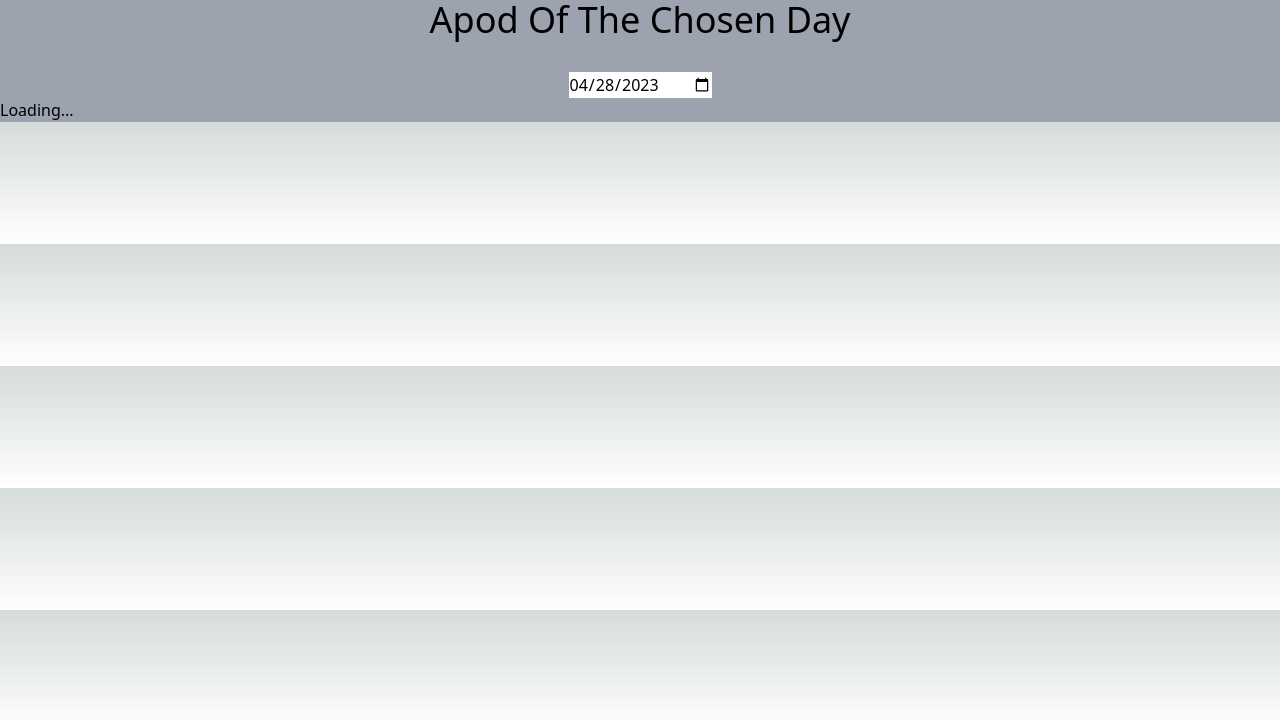
Repository: sercanisli/NasaApod
Page: /
These files come from the project's save history. The page is drawn as it stood at one moment and after the next save; the edit follows.
The browser window is 1280 px wide. The pictures show the whole page.
The page's requests for data from a server got no answer. The project was rebuilt for these pictures with package versions that can differ from the ones it lists, and the page was loaded fresh each time. The framework's server and built-in components were replaced by stand-ins that run in the browser. No one was signed in, and anything a server would have sent is missing. Also part of the build but not shown: next.config.js.

Above is the page before, as saved 2023-05-12 02:13:49.

### pages/index.js
import React, { useState } from 'react';
import DateSelector from '../components/DateSelector';
import Apod from '@/components/Apod';

const HomePage = () => {
  const [selectedDate, setSelectedDate] = useState(new Date().toISOString().substr(0, 10));

  const handleDateSelected = (date) => {
    setSelectedDate(date);
  };

  return (
    <div className="bg-gray-400">
      <DateSelector onDateSelected={handleDateSelected} />
      <Apod date={selectedDate} />
    </div>
  );
};

export default HomePage;

### components/DateSelector.js
import React from 'react';

const DateSelector = ({ onDateChange }) => {
  return (
    <div className="flex justify-center mb-8">
      <button onClick={() => onDateChange(new Date())}>
        <span className="text-4xl ">Apod Of The Chosen Day</span>
      </button>
    </div>
  );
};

export default DateSelector;

### components/Apod.js
import React, { useState, useEffect } from 'react';
import axios from 'axios';

const API_KEY = 'EE0ZIoEOksDZKvkNgEcM1TfRaKWtTACerC0GhuJQ';

function Apod() {
  const [apodData, setApodData] = useState(null);
  const [selectedDate, setSelectedDate] = useState(new Date());

  useEffect(() => {
    const formatDate = date => {
      const year = date.getFullYear();
      const month = (date.getMonth() + 1).toString().padStart(2, '0');
      const day = date.getDate().toString().padStart(2, '0');
      return `${year}-${month}-${day}`;
    }

    const fetchApodData = async () => {
      try {
        const response = await axios.get(`https://api.nasa.gov/planetary/apod?api_key=${API_KEY}&date=${formatDate(selectedDate)}`);
        setApodData(response.data);
      } catch (error) {
        console.error(error);
      }
    };

    fetchApodData();
  }, [selectedDate]);

  const handleDateChange = event => {
    const selectedDate = new Date(event.target.value);
    setSelectedDate(selectedDate);
  };

  return (
    <div>
        <div className="flex justify-center">
            <input type="date" value={selectedDate.toISOString().substr(0, 10)} onChange={handleDateChange} />
        </div>
      {apodData ? (
        <div>
          <h1>{apodData.title}</h1>
          <img src={apodData.url} alt={apodData.title} />
          <p>{apodData.explanation}</p>
        </div>
      ) : (
        <p>Loading...</p>
      )}
    </div>
  );
}

export default Apod;

Loaded but not shown: pages/_app.js (common file); pages/_document.js (common file); styles/globals.css (common file); tailwind.config.js (common file)

After the next save:
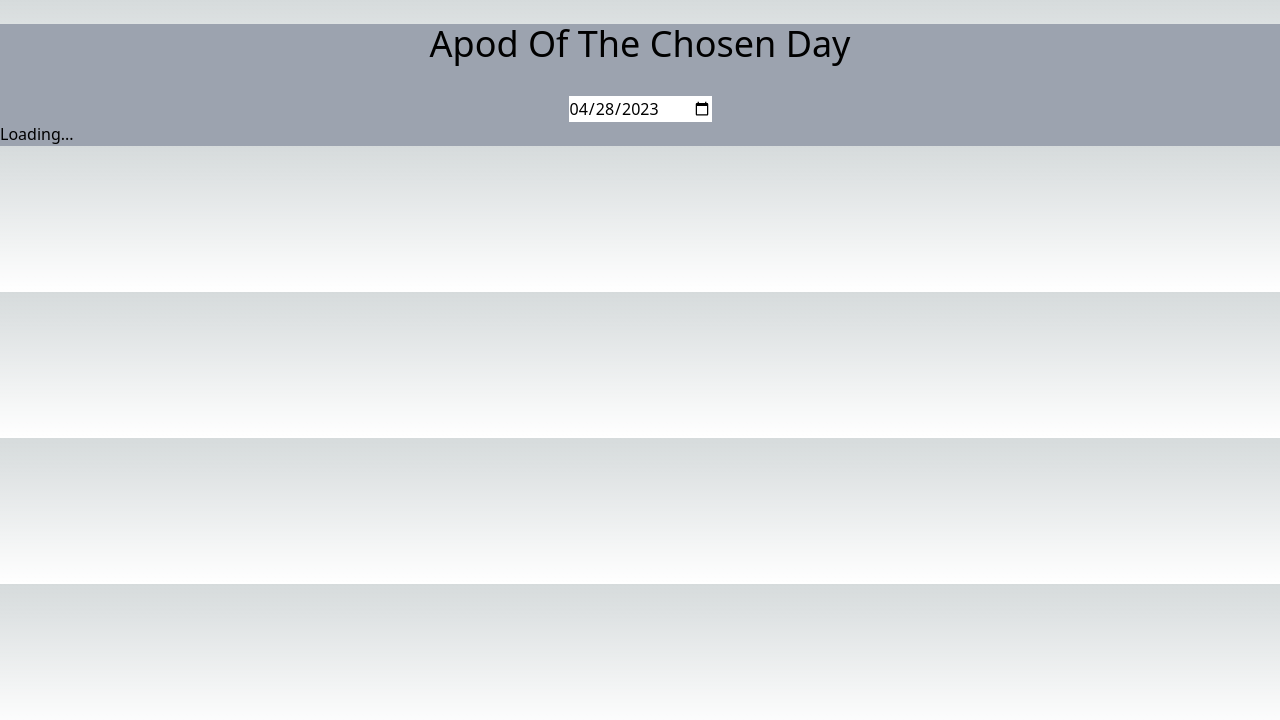
Saved 20 s later.
--- a/components/DateSelector.js
+++ b/components/DateSelector.js
@@ -2,9 +2,9 @@ import React from 'react';
 
 const DateSelector = ({ onDateChange }) => {
   return (
-    <div className="flex justify-center mb-8">
+    <div className="flex justify-center mb-8 mt-6">
       <button onClick={() => onDateChange(new Date())}>
-        <span className="text-4xl ">Apod Of The Chosen Day</span>
+        <span className="text-4xl  ">Apod Of The Chosen Day</span>
       </button>
     </div>
   );
